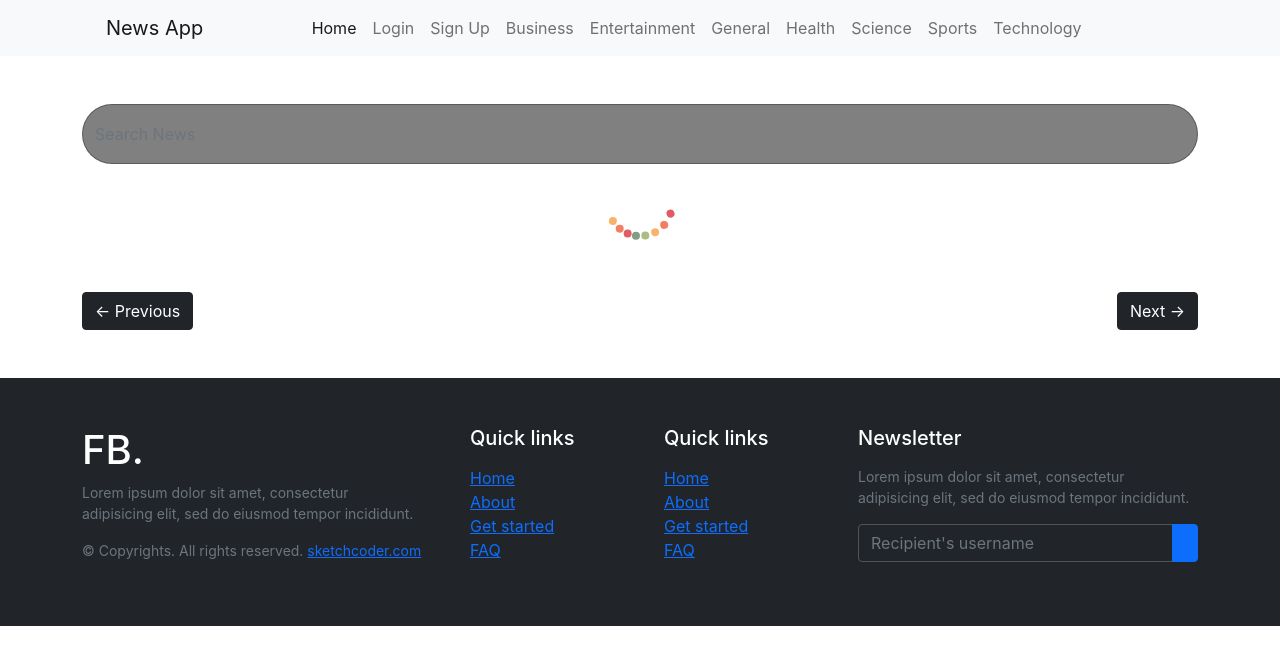
Repository: ZainAkbar51214/News-Site
Page: /
An editor plug-in stored every save of this project. The page is shown before and after the next save, followed by the edit.
The browser window is 1280 px wide. The pictures show the whole page.
The first visible `.form-news` has the focus.
The page's requests for data from a server got no answer. The project was rebuilt for these pictures with package versions that can differ from the ones it lists, and the page was loaded fresh each time. No one was signed in, and anything a server would have sent is missing. Also part of the build but not shown: src/Components/pages/Login.jsx, src/Components/pages/SignUp.jsx, src/Components/Layouts/NewsItem.js.

Above is the page before, as saved 2023-12-18 04:41:02.

### public/index.html
<!DOCTYPE html>
<html lang="en">
  <head>
    <meta charset="utf-8" />
    <link rel="icon" href="%PUBLIC_URL%/favicon.ico" />
    <meta name="viewport" content="width=device-width, initial-scale=1" />
    <meta name="theme-color" content="#000000" />
    <meta
      name="description"
      content="Web site created using create-react-app"
    />
    <link rel="apple-touch-icon" href="%PUBLIC_URL%/logo192.png" />

    <link rel="manifest" href="%PUBLIC_URL%/manifest.json" />

    <title>News App</title>
    <!-- Bootstrap cdn -->
    <link href="https://cdn.jsdelivr.net/npm/bootstrap@5.0.2/dist/css/bootstrap.min.css" rel="stylesheet" integrity="sha384-EVSTQN3/azprG1Anm3QDgpJLIm9Nao0Yz1ztcQTwFspd3yD65VohhpuuCOmLASjC" crossorigin="anonymous">
  </head>
  <body>
    <noscript>You need to enable JavaScript to run this app.</noscript>
    <div id="root"></div>


    <!-- Bootstrap Script -->
    <script src="https://cdn.jsdelivr.net/npm/@popperjs/core@2.9.2/dist/umd/popper.min.js" integrity="sha384-IQsoLXl5PILFhosVNubq5LC7Qb9DXgDA9i+tQ8Zj3iwWAwPtgFTxbJ8NT4GN1R8p" crossorigin="anonymous"></script>
<script src="https://cdn.jsdelivr.net/npm/bootstrap@5.0.2/dist/js/bootstrap.min.js" integrity="sha384-cVKIPhGWiC2Al4u+LWgxfKTRIcfu0JTxR+EQDz/bgldoEyl4H0zUF0QKbrJ0EcQF" crossorigin="anonymous"></script>
  </body>
</html>

### src/App.js
import React from "react";
import {
  BrowserRouter as Router,
  Switch,
  Route
} from "react-router-dom";
import Navbar from './Components/Header/Navbar';
import Footer from './Components/Footer/Footer';
import Login from "./Components/pages/Login";
import SignUp from "./Components/pages/SignUp";
import News from "./Components/Layouts/News";

function App() {
  return (
    <Router>
      <Navbar />
        <Switch>
          <Route path="/" exact><News key="general" pageSize={5} country="in" category="general" /></Route>
          <Route path="/business" exact><News key="business" pageSize={5} country="in" category="business" /></Route>
          <Route path="/entertainment" exact><News key="entertainment" pageSize={5} country="in" category="entertainment" /></Route>
          <Route path="/health" exact><News key="health" pageSize={5} country="in" category="health" /></Route>
          <Route path="/science" exact><News key="science" pageSize={5} country="in" category="science" /></Route>
          <Route path="/sports" exact><News key="sports" pageSize={5} country="in" category="sports" /></Route>
          <Route path="/technology" exact><News key="technology" pageSize={5} country="in" category="technology" /></Route>
          <Route path="/login">
            <Login />
          </Route>
          <Route path="/sign-up">
            <SignUp />
          </Route>
        </Switch>
      <Footer />
  </Router>
  );
}

export default App;

### src/Components/Header/Navbar.jsx
import React, { Component } from 'react';
import { Link } from 'react-router-dom';

class Navbar extends Component {
    render() {
        return (
            <div>
                <div className="container-fluid bg-light">
                <div className="container">
                    <div className="row">
                        <div className="col-md-12">
                            <nav className="navbar navbar-expand-lg navbar-light">
                                <div className="container-fluid">
                                    <Link className="navbar-brand" to="/">News App</Link>
                                    <button className="navbar-toggler" type="button" data-bs-toggle="collapse" data-bs-target="#navbarSupportedContent" aria-controls="navbarSupportedContent" aria-expanded="false" aria-label="Toggle navigation">
                                        <span className="navbar-toggler-icon"></span>
                                    </button>
                                    <div className="collapse navbar-collapse" id="navbarSupportedContent">
                                        <ul className="navbar-nav mx-auto mb-2 mb-lg-0">
                                            <li className="nav-item">
                                                <Link className="nav-link active" aria-current="page" to="/">Home</Link>
                                            </li>
                                            <li className="nav-item">
                                                <Link className="nav-link" to="/login">Login</Link>
                                            </li>
                                            <li className="nav-item">
                                                <Link className="nav-link" to="/sign-up">Sign Up</Link>
                                            </li>
                                            <li className="nav-item">
                                                <Link className="nav-link" to="/business">Business</Link>
                                            </li>
                                            <li className="nav-item">
                                                <Link className="nav-link" to="/entertainment">Entertainment</Link>
                                            </li>
                                            <li className="nav-item">
                                                <Link className="nav-link" to="/">General</Link>
                                            </li>
                                            <li className="nav-item">
                                                <Link className="nav-link" to="/health">Health</Link>
                                            </li>
                                            <li className="nav-item">
                                                <Link className="nav-link" to="/science">Science</Link>
                                            </li>
                                            <li className="nav-item">
                                                <Link className="nav-link" to="/sports">Sports</Link>
                                            </li>
                                            <li className="nav-item">
                                                <Link className="nav-link" to="/technology">Technology</Link>
                                            </li>
                                        </ul>
                                    </div>
                                </div>
                            </nav>
                        </div>
                    </div>
                </div>
            </div>
            </div>
        );
    }
}

export default Navbar;

### src/Components/Footer/Footer.jsx
import React from "react";
import { Link } from "react-router-dom";
import '../Footer/Footer.css';

const Navbar = () => {
    return (
        <>
            <div className="d-flex flex-column h-100" style={{overflow: 'hidden'}}>
                {/* <!-- FOOTER --> */}
                <footer className="w-100 py-4 flex-shrink-0">
                    <div className="container py-4">
                        <div className="row gy-4 gx-5">
                            <div className="col-lg-4 col-md-6">
                                <h5 className="h1 text-white">FB.</h5>
                                <p className="small text-muted">Lorem ipsum dolor sit amet, consectetur adipisicing elit, sed do eiusmod tempor incididunt.</p>
                                <p className="small text-muted mb-0">&copy; Copyrights. All rights reserved. <Link className="text-primary" to="https://sketchcoder.com" target="_blank">sketchcoder.com</Link></p>
                            </div>
                            <div className="col-lg-2 col-md-6">
                                <h5 className="text-white mb-3">Quick links</h5>
                                <ul className="list-unstyled text-muted">
                                    <li><Link to="#">Home</Link></li>
                                    <li><Link to="#">About</Link></li>
                                    <li><Link to="#">Get started</Link></li>
                                    <li><Link to="#">FAQ</Link></li>
                                </ul>
                            </div>
                            <div className="col-lg-2 col-md-6">
                                <h5 className="text-white mb-3">Quick links</h5>
                                <ul className="list-unstyled text-muted">
                                    <li><Link to="#">Home</Link></li>
                                    <li><Link to="#">About</Link></li>
                                    <li><Link to="#">Get started</Link></li>
                                    <li><Link to="#">FAQ</Link></li>
                                </ul>
                            </div>
                            <div className="col-lg-4 col-md-6">
                                <h5 className="text-white mb-3">Newsletter</h5>
                                <p className="small text-muted">Lorem ipsum dolor sit amet, consectetur adipisicing elit, sed do eiusmod tempor incididunt.</p>
                                <form action="#">
                                    <div className="input-group mb-3">
                                        <input className="form-control" type="text" placeholder="Recipient's username" aria-label="Recipient's username" aria-describedby="button-addon2" />
                                        <button className="btn btn-primary" id="button-addon2" type="button"><i className="fas fa-paper-plane"></i></button>
                                    </div>
                                </form>
                            </div>
                        </div>
                    </div>
                </footer>
            </div>
        </>
    )
}

export default Navbar;

### src/Components/Layouts/News.js
import React, { Component } from 'react';
import NewsItem from './NewsItem';
import Spinner from '../Spinner';
import PropTypes from 'prop-types';

class News extends Component {

    static defaultProps = {
        country: 'in',
        pageSize: 8,
        category: 'general'
      }
    static propTypes = {
        country: PropTypes.string,
        pageSize: PropTypes.number,
        category: PropTypes.string,

      }

    constructor(){
        super();
        this.state = {
            articles: [],
            loading: false,
            page: 1
        }
    }

    async componentDidMount(){
        let url =    `https://newsapi.org/v2/top-headlines?country=${this.props.country}&category=${this.props.category}&apiKey=e5869a5b7afe45f0975749f435cea4b5&page=${this.state.page - 1}&pageSize=${this.props.pageSize}`;
        this.setState({loading: true});
        let data = await fetch(url);
        let passData = await data.json();
        console.log(passData);
        this.setState({
            articles: passData.articles,
            totalResults: passData.totalResults,
            loading: false
        })

    }

    handPrevClick = async () => {
        console.log("prev");
        let url =    `https://newsapi.org/v2/top-headlines?country=${this.props.country}&category=${this.props.category}&apiKey=e5869a5b7afe45f0975749f435cea4b5&page=${this.state.page - 1}&pageSize=${this.props.pageSize}`;
        this.setState({loading: true});
        let data = await fetch(url);
        let passData = await data.json();
        console.log(passData);

        this.setState({
            page: this.state.page - 1,
            articles: passData.articles,
            loading: false
        })
    }
    handNextClick = async () => {
        console.log("Next");
        if(!(this.state.page + 1 > Math.ceil(this.state.totalResults/this.props.pageSize))){

        let url =  `https://newsapi.org/v2/top-headlines?country=${this.props.country}&category=${this.props.category}&apiKey=e5869a5b7afe45f0975749f435cea4b5&page=${this.state.page + 1}&pageSize=${this.props.pageSize}`;
        this.setState({loading: true});
        let data = await fetch(url);
        let passData = await data.json();
        console.log(passData);

        this.setState({
            page: this.state.page + 1,
            articles: passData.articles,
            loading: false
        })
        }
    }



    render() {
        return (
            <div className='container-fluid'>
                <div className='container'>
                    <div className='row'>
                        <div className='col-lg-12 mt-5'>
                            <input type='search' placeholder='Search News' className='form-control form-news' />
                        </div>
                    </div>
                    {
                        this.state.loading &&
                        <div className='row'>
                            <div className='col-lg-12 text-center'>
                                <Spinner />
                            </div>
                        </div>
                    }
                    <div className='row'>
                        {!this.state.loading && this.state.articles.map((element) => {
                           return element.urlToImage?<div className='col-lg-4 col-md-6 mt-5' key={element.url}>
                           <NewsItem title={element.title?element.title.slice(0, 45): ""} description={element.description?element.description.slice(0, 86): ""} imageUrl={element.urlToImage} newsUrl={element.url} />
                       </div>
                       :""
                        })}

                    </div>

                   <div className='row'>
                   <div className='col-lg-12 d-flex justify-content-between mt-5 mb-5'>
                        <button disabled={this.state.page<1} type='button' className='btn btn-dark' onClick={this.handPrevClick}>&larr; Previous</button>
                        <button disabled={this.state.page + 1 > Math.ceil(this.state.totalResults/this.props.pageSize)} type='button' className='btn btn-dark' onClick={this.handNextClick}>Next &rarr;</button>
                    </div>
                   </div>
                </div>
            </div>
        );
    }
}

export default News;

### src/Components/Footer/Footer.css
/* ==========================================
    FOR DEMO PURPOSE
  ========================================== */

  .text-small {
    font-size: 0.9rem;
  }

  .form-control {
    background: #212529;
    border-color: #545454;
  }

  .form-control:focus {
    background: #212529;
  }

  footer {
    background: #212529;
  }

### src/Components/Spinner.jsx
import React, { Component } from 'react';
import loading from '../img/index.svg';

class Spinner extends Component {
    render() {
        return (
            <div>
                <img src={loading} alt="loading" />
            </div>
        );
    }
}

export default Spinner;

### src/App.css
.App {
  text-align: center;
}

.App-logo {
  height: 40vmin;
  pointer-events: none;
}

@media (prefers-reduced-motion: no-preference) {
  .App-logo {
    animation: App-logo-spin infinite 20s linear;
  }
}

.App-header {
  background-color: #282c34;
  min-height: 100vh;
  display: flex;
  flex-direction: column;
  align-items: center;
  justify-content: center;
  font-size: calc(10px + 2vmin);
  color: white;
}

.App-link {
  color: #61dafb;
}

@keyframes App-logo-spin {
  from {
    transform: rotate(0deg);
  }
  to {
    transform: rotate(360deg);
  }
}

/* Login Css */
.bg-login{
  background: rgb(34,193,195);
  background: linear-gradient(135deg, rgba(34,193,195,1) 0%,     rgba(253,187,45,1) 100%);
  font-family: "work sans";
  padding: 100px 0;
  display: flex;
  justify-content: center;
}
#loginform{
  max-width: 500px;
  min-width: 300px;
  width: 30%;
  background-color: #FFFFFF;
  border-radius: 25px;
}

#headerTitle{
  text-align: center;
  font-family: 'open sans', sans-serif;
  padding: 2rem 0;
  margin: 0;
  font-size: 2rem;
}

.row-lab{
  display: flex;
  flex-direction: column;
  align-items: center;
  padding-top: 2rem;
  max-width: 100%;

}

.row-lab input{
  width: 80%;
  box-sizing: border-box;
	border: none;
  font-size: 1.3rem;
  padding-left: 1.5rem;
  padding-bottom: 1rem;
  box-shadow: inset 0px -3px 0px 0px rgba(187,187,187,0.2);
  transition: box-shadow 0.2s ease-in;
}

.row-lab input:focus{
   box-shadow: inset 0px -3px 0px 0px rgba(34,193,195,0.7);
   outline: none;
}

.row-lab input::-webkit-input-placeholder{
  opacity: 1;
  transition: opacity 0.25s ease-out;
}

.row-lab input:hover::-webkit-input-placeholder,
.row-lab input:focus::-webkit-input-placeholder{
  opacity: 0;
}

.row-lab label{
  align-self: start;
  padding-left: 4.5rem;
  padding-bottom: 0.5rem;
  color: rgba(187,187,187,0.9);
}

.row-lab button{
  border-radius: 25px;
  width: 80%;
  height: 40px;
  font-size: 1.3rem;
  color: white;
  font-weight: 700;
  background: rgb(34,193,195);
  background: linear-gradient(90deg, rgba(34,193,195,1) 0%,     rgba(253,187,45,1) 100%);
  border: 0px;
  cursor: pointer;
  transition: opacity 0.25s ease-out;
}

.row-lab button:hover{
  opacity: 0.8;
}

#button{
  padding-bottom: 1.5rem;
}

#facebookIcon{
  background-image:      url("https://image.flaticon.com/icons/svg/145/145802.svg");
  background-repeat: no-repeat;
  width: 3rem;
  height: 3rem;
}

#twitterIcon{
  background-image: url("https://image.flaticon.com/icons/svg/145/145812.svg");
  background-repeat: no-repeat;
  width: 3rem;
  height: 3rem;
}

#googleIcon{
  background-image: url("https://image.flaticon.com/icons/svg/145/145804.svg");
  background-repeat: no-repeat;
  width: 3rem;
  height: 3rem;
}

#iconGroup{
  display: flex;
  justify-content: center;
  padding: 2rem 0;
}

#iconGroup a{
  margin: 0 0.6rem;
}

#alternativeLogin {
   text-align: center;
   padding-top: 2rem;
   margin-top: 1.5rem;
}


/* News Css start */
.form-news{
  height: 60px;
  border-radius: 100px;
  background-color: transparent;
  border: 1px solid rgb(0, 0, 0, 0.3);
}
.form-news:focus{
  height: 60px;
  border-radius: 100px;
  background-color: transparent;
  border: 1px solid rgb(0, 0, 0, 0.3);
  box-shadow: none;
  background-color: rgb(128, 128, 128);
}

Loaded but not shown: src/index.js (common file); src/index.css (common file); src/reportWebVitals.js (common file); public/manifest.json (common file)

After the next save:
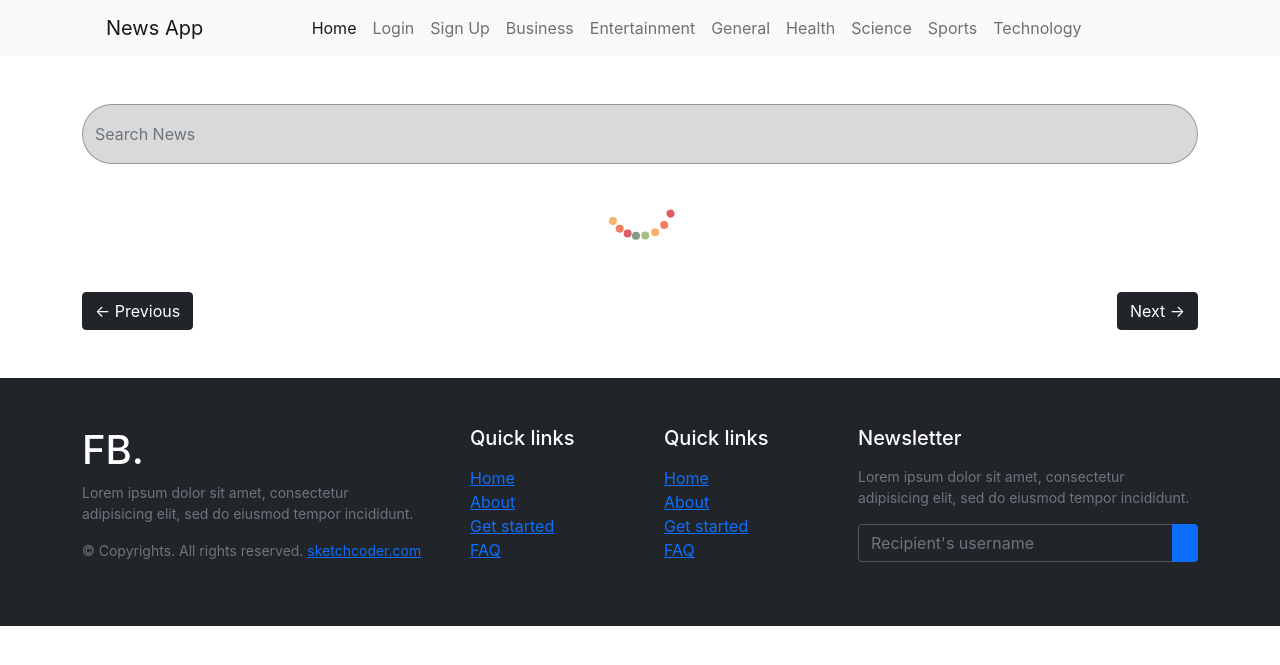
Saved 10 s later.
--- a/src/App.css
+++ b/src/App.css
@@ -177,5 +177,5 @@
   background-color: transparent;
   border: 1px solid rgb(0, 0, 0, 0.3);
   box-shadow: none;
-  background-color: rgb(128, 128, 128);
+  background-color: rgb(128, 128, 128, 0.3);
 }
